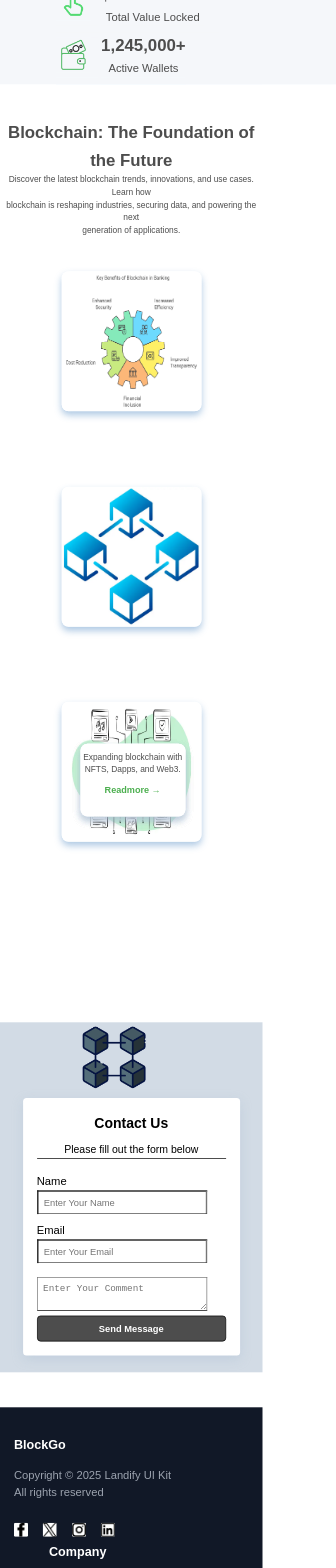
Repository: Tafsirul555/Assignment
Page: Assignment/index.html
The author's editor kept a copy of each file at every save. The page is drawn from the files as they stood at one save, then again after the next save.
The browser window is 375 px wide. The page is 480 px wide, so the pictures cover 480 px, including what lies to the right of the window. The pictures show the part of the page from y = 2578 to 4818 px (the page is 5350 px tall), at 70% of full size.

Above is the page before, as saved 2025-06-12 23:03:02.

### Assignment/index.html
<!DOCTYPE html>
<html lang="en">
<head>
    <meta charset="UTF-8">
    <meta name="viewport" content="width=device-width, initial-scale=1.0">
    <link rel="stylesheet" href="Assignment1.css">
    <title>Document</title>
</head>
<body>
    <nav class="navbar">

        <div class="logo">
            <h1>BlockGo</h1>
        </div>

        <div class="nav-link">

                    <a href="#">Home</a>
                    <a href="#">Blog</a>
                    <a href="#">Contact</a>
                    <a href="#">About</a>
        </div>
        <div class="Data">
            <a href="#" class="SignUp">Sign Up</a>
            <p>&nbsp;or&nbsp;</p>
            <a href="#" class="Login">Login</a>
        </div>
    </nav>

    <header class="Headerbar">

        <div class="Header-banner">
            <h1>Learn Center</h1>
            <p>Your hub for no-nonsense articles, videos, and how-to guides to help you get up to speed on all things crypto and blockchain</p>

            <a href="#" class="headerbutton">Learn More</a>
        </div>
         <div class="bannerpic">
            <img src="../Assignment/Pic/blockchain-20-8079799-6591924-removebg-preview.png" alt="Blockchain">
        </div>
    </header>

    <main class="mainbar">
        <div class="main-text">
        <h1>Our Clients</h1>
        <p>We have been working with some fortune 500+ clients</p>
        </div>

        <div class="main-pic">
            <img src="../Assignment/Pic/icon/block.png" alt="block.png">
            <img src="../Assignment/Pic/icon/blockchain.png" alt="blockchain.png">
            <img src="../Assignment/Pic/icon/crypto-wallet.png" alt="crypto-wallet.png">
            <img src="../Assignment/Pic/icon/currency-exchange (1).png" alt="currency-exchange (1).png">
            <img src="../Assignment/Pic/icon/currency-exchange.png" alt="currency-exchange.png">
            <img src="../Assignment/Pic/icon/secure.png" alt="secure.png">
        </div>
    </main>

    <section class="sectionbar">
        <div class="section-text">
        <h1>Explore the Power of <br>Blockchain in key Sectors</h1>

<p>Who can benefit from blockchain technology?</p>
</div>
    </section>

    <article class="articlebar">

        <div class="article-cc">
            <img src="../Assignment/Pic/icon/group (1).png" alt="group.png">
            <h1>Creator Communities</h1>
            <p>Support creators with NFT<br>marketplaces and direct engagement<br>with their audience.</p>
            </div>

       <div class="article-fi">
        <img src="../Assignment/Pic/icon/corporation.png" alt="corporation.png">
       <h1>Financial Institutions</h1>
       <p>Blockchain enables secure,<br>transparent, and decentralized<br>financial transactions</p>
        </div>

        <div class="article-scm">
            <img src="../Assignment/Pic/icon/procurement.png" alt="procurement.png">
            <h1>Supply Chain Management</h1>
            <p>Enhance traceability, transparency,<br>and operational efficiency across<br>global supply chains</p>
        </div>
    </article>

    <figure class="figurebar">

        <div class="figure-text">
            <h2>Helping Blockchain<br>Transform the World</h2>
            <p>We reached here with innovation and decentralization</p>
        </div>

        <div class="figure-box">

            <div class="figure-box1">

        <div class="figure-bn">
            <div class="figure-bn-img">
            <img src="../Assignment/Pic/icon/group.png" alt="">
            </div>
            <div class="figure-bn-text">
            <h2>120+</h2>
            <p>Blockchain Network</p>
            </div>
        </div>

        <div class="figure-sc">
            <div class="figure-sc-img">
            <img src="../Assignment/Pic/icon/mutual.png" alt="">
            </div>
            <div class="figure-sc-text">
            <h2>420,000+</h2>
            <p>Smart Contracts</p>
            </div>
        </div>
        </div>

        <div class="figure-box2">
        <div class="figure-tvl">
            <div class="figure-tvl-img">
            <img src="../Assignment/Pic/icon/tap.png" alt="">
            </div>
            <div class="figure-tvl-text">
            <h2>$150 Billion+</h2>
            <p>Total Value Locked</p>
            </div>
        </div>

        <div class="figure-aw">
            <div class="figure-aw-img">
            <img src="../Assignment/Pic/icon/wallet.png" alt="">
            </div>
            <div class="figure-aw-text">
            <h2>1,245,000+</h2>
            <p>Active Wallets</p>
            </div>
        </div>
        </div>
        </div>
    </figure>

    <aside class="BlockchainFuture">

        <div class="BlockchainFuture-text">
            <h2>Blockchain: The Foundation of the Future</h2>
            <p>Discover the latest blockchain trends, innovations, and use cases. Learn how <br>blockchain is reshaping industries, securing data, and powering the next <br>generation of applications.</p>
        </div>

    <div class="BlockchainFutureBox">

    <div class="BlockchainFuture-box1">
        <div class="img1">
            <img src="../Assignment/Pic/bank.png" alt="bank">
        </div>
        <div class="text1">
        <p>Transforming banking with<br>secure and decentralized<br>solutions.</p>
        <p class="readmore">Readmore →</p>
        </div>
    </div>

    <div class="BlockchainFuture-box2">
        <div class="img2">
            <img src="../Assignment/Pic/transparency.webp" alt="transparency">
        </div>
        <div class="text2">
        <p>Ensuring transparency and<br>traceability worldwide.</p>
        <p class="readmore">Readmore →</p>
        </div>
    </div>

    <div class="BlockchainFuture-box3">
        <div class="img3">
            <img src="../Assignment/Pic/Top-10-NFT-DApps-in-2023-01.webp" alt="NFT DApps">
        </div>
        <div class="text3">
        <p>Expanding blockchain with<br>NFTS, Dapps, and Web3.</p>
        <p class="readmore">Readmore →</p>
        </div>
    </div>

</div>

  </aside>

  <div class="Contact">

    <div class="Contact-Img">
        <img src="../Assignment/Pic/blockchain.png" alt="Blockchain">
    </div>

    <div class="Contact-Form">
        <form action="">
            <caption><h1>Contact Us</h1> <p>Please fill out the form below</p></caption>
        <form action="">

            <label for="name">Name</label>
            <input type="text" name="Name" id="name" placeholder="Enter Your Name" required> <br>

            <label for="email">Email</label>
            <input type="email" name="Email" id="email" placeholder="Enter Your Email" required> <br>

            <textarea name="Comment" id="comment" placeholder="Enter Your Comment"  required></textarea>

            <button type="submit">Send Message</button>
        </form>
    </div>
  </div>

  <footer class="footer">
  <div class="footer-container">
    <div class="footer-column1">
      <h4>BlockGo</h4>
      <p>Copyright &copy; 2025 Landify UI Kit <br> All rights reserved</p>
      <div class="footer-socials">
        <a href="#"><img src="../Assignment/Pic/icon/facebook.png " alt="Facebook"></a>
        <a href="#"><img src="../Assignment/Pic/icon/twitter.png" alt="Twitter"></a>
        <a href="#"><img src="../Assignment/Pic/icon/instagram.png" alt="Instagram"></a>
        <a href="#"><img src="../Assignment/Pic/icon/linkedin.png" alt="linkedin"></a>
      </div>
    </div>

    <div class="footer-column">
      <h4>Company</h4>
      <ul>
        <li><a href="#">About us</a></li>
        <li><a href="#">Blog</a></li>
        <li><a href="#">Contact us</a></li>
        <li><a href="#">Pricing</a></li>
        <li><a href="#">Testimonials</a></li>
      </ul>
    </div>

    <div class="footer-column">
      <h4>Support</h4>
      <ul>
        <li><a href="#">Help center</a></li>
        <li><a href="#">Terms of service</a></li>
        <li><a href="#">Legal</a></li>
        <li><a href="#">Privacy policy</a></li>
        <li><a href="#">Status</a></li>
      </ul>
    </div>

    <div class="footer-column">
      <h4>Stay up to date</h4>
      <form class="newsletter-form">
        <input type="email" placeholder="Your email address">
        <button type="submit">
            <img src="../Assignment/Pic/icon/direct.png" alt="Send Icon">
        </button>
      </form>
    </div>
  </div>
</footer>

</body>
</html>

### Assignment/Assignment1.css
*{
    margin: 0;
    padding: 0;
    box-sizing: border-box;
    text-decoration: none;
}

body{
    font-family: Arial, sans-serif;
    line-height: 1.6;
    height: 100%;
    background: rgba(255, 255, 255, 1);
}

.navbar{
    width: 100%;
    height: 9vh;
    color: #f5f5ff 0%;
    box-shadow: 0px 2.78px 5.57px 0px rgba(171, 190, 209, 0.4);
    position: fixed;
    display: flex;
    justify-content: center;
    align-items: center;
}

.navbar div,
.navbar a,
.navbar h1,
.navbar p{
    display: inline-block;
}

.navbar .nav-link a{
    color: rgba(77, 77, 77, 1);
}


.navbar div,
.navbar a,
.navbar p{
    font-size: 2vh;
}

.navbar .logo,
.navbar .nav-link{
    margin-right: 290px;
}

.navbar .logo,
.navbar .nav-link,
.navbar .data,
.navbar p{
    padding: 10px;
    text-align: center;
}

.navbar .nav-link a{
    padding-right: 3vw;
}

.SignUp,
.Login{
    background-color: rgba(203, 213, 225, 1);
    width: 9vw;
    height: 7vh;
    padding: 10px;
    border-radius: 5px;
    text-align: center;
    font-weight: bold;
    color: black;
}

.Headerbar{
    width: 100%;
    height: 400px;
    background-color: rgba(245, 247, 250, 1);
    display: flex;
    justify-content: center;
    align-items: center;
    padding: 20px;
    gap: 27vw;
    flex-wrap: wrap;
}

.Header-banner{
    display: flex;
    flex-direction: column;
    align-content: center;
    max-width: 400px;
}

.bannerpic{
    width: 150px;
    height: auto;
    object-fit: contain;
    margin-top: 70px;
    margin-right: 20px;
}

.Headerbar p,
.Headerbar h1,
.Headerbar a,
.Headerbar img,
.Header-banner,
.bannerpic{
    background-color: rgba(245, 247, 250, 1);
}

.Headerbar h1{
    margin-top: 80px;
}

.Headerbar p,
.Headerbar h1,
.Headerbar a{
    padding-bottom: 20px;
}

.Header-banner h1{
    font-weight:bold;
    font-size: 44.55px;
    line-height: 52.9px;
    letter-spacing: 0%;
    color: rgba(77, 77, 77, 1);
}

.Header-banner p{
    max-width: 100%;
    word-wrap: break-word;
    color: rgba(77, 77, 77, 1);
    text-align: left;
}

.Header-banner .headerbutton{
    background-color: rgba(203, 213, 225, 1);
    width: 103px;
    height: 50px;
    padding: 10px;
    border-radius: 5px;
}

.Header-banner a{
    color: rgba(2, 6, 23, 1);
    font-family:'Times New Roman', Times, serif;
}

@media (max-width: 550px) {
  .Headerbar {
    flex-direction: column;
    justify-content: flex-start;
    align-items: center;
    height: auto;
  }

  .Header-banner{
    align-items: center;
    text-align: center;
    order: 1;
  }

  .bannerpic {
    width: 200px;
    margin-bottom: 20px;

  }
}

.mainbar{
    width: 100%;
    height: 500px;
    display: flex;
    text-align: center;
    flex-direction: column;
}

.mainbar img{
    display: inline-block;
    width: 27.8427791595459px;
    height: auto;
    margin-left: 120px;

}

.mainbar h1{
    margin-top: 120px;
    color: rgba(77, 77, 77, 1);
}

.mainbar p{
    color: rgba(77, 77, 77, 1);
}

.mainbar p,
.mainbar img{
    margin-top: 30px;
}

@media (max-width: 550px) {
  .mainbar {
    flex-direction: column;
    justify-content: flex-start;
    align-items: center;
    height: auto;
  }

  .main-pic {
    display: inline-block;
    width: 400px;

  }
}

section{
    margin-top: -72px;
}

section h1,
section p{
    text-align: center;
    max-width: 100%;
    word-wrap: break-word;
    color: rgba(77, 77, 77, 1);
}

section p{
    font-size: smaller;
}

@media (max-width: 550px) {
  .sectionbar {
    text-align: center;
    height: auto;
    margin-top: 50px;
  }
}


.articlebar{
    width: 100%;
    height: 200px;
    display: flex;
    justify-content: space-between;
    align-items: center;
    text-align: center;
    flex-wrap: wrap;
    display: inline-block;
    margin-top: 100px;
    color: rgba(77, 77, 77, 1);
}

article img{
    width: 50px;
    height: auto;
}

.articlebar p{
    font-size: small;
}

.articlebar .article-cc,
.articlebar .article-fi,
.articlebar .article-scm{
    display: inline-block;
}

.articlebar .article-fi{
    margin-left: 75px;
    margin-right: 75px;
}

.figurebar{
    width: 100%;
    height: 250px;
    color: rgba(77, 77, 77, 1);
    background-color: rgba(245, 247, 250, 1);
    display: flex;
    justify-content: center;
    align-items: center;
    flex-wrap: wrap;
}

.figurebar .figure-text,
.figurebar .figure-bn,
.figurebar .figure-sc,
.figurebar .figure-tvl,
.figurebar .figure-aw,
.figurebar .figure-box,
.figurebar div,
.figurebar h2,
.figurebar p,
.figurebar img{
    background-color: rgba(245, 247, 250, 1);
}

.figurebar .figure-box img {
    width: 50px;
}

.figure-bn .figure-bn-img,
.figure-bn .figure-bn-text{
    display: inline-block;
}

.figure-sc .figure-sc-img,
.figure-sc .figure-sc-text{
    display: inline-block;
}
.figure-tvl .figure-tvl-img,
.figure-tvl .figure-tvl-text{
    display: inline-block;
}

.figure-aw .figure-aw-img,
.figure-aw .figure-aw-text{
    display: inline-block;
}

.figure-box1 .figure-bn,
.figure-box1 .figure-sc{
    display: inline-block;
}
.figure-box2 .figure-tvl,
.figure-box2 .figure-aw{
    display: inline-block;
}

.figurebar .figure-text{
    margin-right: 150px;
}

.figurebar .figure-bn,
.figure-box .figure-tvl{
    padding-right: 6vw;
}

.figurebar .figure-box1{
    margin-bottom: 2vw;
}

.figurebar img{
    margin-right: 10px;
}

@media (max-width: 550px) {
  .figurebar {
    flex-direction: column;
    display: flex;
    align-items: center;
    justify-content: center;
    align-items: center;
    height: auto;
  }

  .figure-text,
  .figure-box{
    margin-left: 80px;
    margin-top: 50px;
  }

  .figure-text {
    text-align: center;
  }

  .figure-box {
    display: flex;
    justify-content: center;
    display: inline-block;
    width: 400px;

  }

  .figurebar .figure-text,
.figurebar .figure-bn,
.figurebar .figure-sc,
.figurebar .figure-tvl,
.figurebar .figure-aw,
.figurebar .figure-box,
.figurebar div,
.figurebar h2,
.figurebar p,
.figurebar img{
    background-color: rgba(245, 247, 250, 1);
}
}

.BlockchainFuture {
    width: 100%;
    height: auto;
    color: rgba(77, 77, 77, 1);
    padding: 50px 0;
    position: relative;
}

.BlockchainFuture-text {
    margin-bottom: 50px;
    text-align: center;
}

.BlockchainFuture .BlockchainFuture-text p{
    font-size: 12px;
    line-height: 1.5;
}

.BlockchainFutureBox {
    display: flex;
    justify-content: center;
    flex-wrap: wrap;
}

.BlockchainFuture-box1,
.BlockchainFuture-box2,
.BlockchainFuture-box3 {
    width: 300px;
    text-align: center;
    max-width: 400px;

}

.BlockchainFutureBox img {
    width: 200px;
    height: 200px;
    box-shadow: 0px 5.57px 11.14px 0px rgba(51, 118, 186, 0.4);
    border-radius: 10px;
}

.BlockchainFutureBox p {
    font-size: 14px;
    margin: 10px 0;
}

.BlockchainFuture-box1 .text1,
.BlockchainFuture-box2 .text2,
.BlockchainFuture-box3 .text3{
    width: 150px;
    box-shadow: 0px 5.57px 11.14px 0px rgba(171, 190, 209, 0.4);
    border-radius: 10px;
    margin-left: 77px;
    position: absolute;
    background-color: white;
    top: 76%;
    max-width: 200px;
}

.BlockchainFuture-box1 .text1 p,
.BlockchainFuture-box2 .text2 p,
.BlockchainFuture-box3 .text3 p{
    font-size: 12px;
    line-height: 1.5;
    display: block;
}

.BlockchainFuture-box1 .text1 .readmore,
.BlockchainFuture-box2 .text2 .readmore,
.BlockchainFuture-box3 .text3 .readmore{
    font-weight: bold;
    font-size: 13px;
    color: rgba(76, 175, 79, 1);

}

.BlockchainFuture-box2 .text2 ,
.BlockchainFuture-box3 .text3{
    height: 103.5px;
}

.BlockchainFuture-box1 .img1,
.BlockchainFuture-box2 .img2,
.BlockchainFuture-box3 .img3{
    pointer-events: none;
    display: block;
}

.BlockchainFutureBox .BlockchainFuture-box1 :hover{
    background-color: rgba(204, 193, 193, 0.98);
}

.BlockchainFutureBox .BlockchainFuture-box2 :hover{
    background-color: rgba(204, 193, 193, 0.98);
}

.BlockchainFutureBox .BlockchainFuture-box3 :hover{
    background-color: rgba(204, 193, 193, 0.98);
}

@media (max-width: 480px) {

    .BlockchainFuture-box{
         flex-direction: column;
        justify-content: flex-start;
        align-items: center;
         height: auto;
    }

    .BlockchainFuture-box2{
        align-items: center;
        text-align: center;
        order: 1;
    }

    .BlockchainFuture-box3{
        align-items: center;
        text-align: center;
        order: 2;
    }

    .BlockchainFuture-box2 .text2{
        align-items: center;
        text-align: center;
        order: 1;
    }

    .BlockchainFuture-box3 .text3 {
        align-items: center;
        text-align: center;
        order: 2;
    }

    .BlockchainFuture-box1,
.BlockchainFuture-box2,
.BlockchainFuture-box3{
    margin-bottom: 100px;
}

}

.Contact{
    width: 100%;
    height: 450px;
    display: flex;
    justify-content: space-between;
    align-items: center;
    background-color: rgba(203, 213, 225, 0.85);
    margin-top: 100px;
}

.Contact img{
    width: 250px;
    height: auto;
    margin-left: 200px;
}

.Contact-Form{
    background-color: white;
    box-shadow: 0 5px 15px rgba(171, 190, 209, 0.4);
    color: black;
    width: 310px;
    height: 90%;
    padding: 20px;
    border-radius: 5px;
    position: relative;
    margin-right: 200px;
}

.Contact h1,p{
    text-align: center;
    margin-bottom: 10px;
}

.Contact input,
.Contact textarea{
    margin-bottom: 6px;
    padding: 3px;
    border-bottom: 1px solid black;
}

.Contact p{
    border-bottom: 1px solid black;
    margin-bottom: 20px;
}

.Contact button{
    padding: 10px;
    /* background-color: rgba(205, 25, 25, 0.765); */
    margin-top: 8px;
    border-radius: 5px;
    border: 1px solid black;
    width: 100%;
    text-align: center;
    display: block;
    margin: 20px auto 0;
    background-color: rgba(77, 77, 77, 1);
    color: white;
    font-weight: bold;
    cursor: pointer;
}

.Contact button:hover{
    /* background-color: rgb(104, 4, 4); */
    color: black;
    border: none;
    background-color: rgba(164, 153, 153, 0.929);
}

.Contact input[type="text"],
.Contact input[type="email"],
.Contact textarea[name="Comment"]{
    width: 100%;
    padding: 8px;
    margin-bottom: 10px;
}

.Contact textarea[name="Comment"]{
    margin-top: 10px;
}

@media (max-width: 450px) {

    .Contact {
        flex-direction: column;
        width: 100%;
        height: 500px;
    }

    .Contact-Img{
    width: 150px;
    height: auto;
}

 .Contact-Img img{
    width: 100px;
    height: auto;
    margin-left: 0px;
}

.Contact-Form{
    background-color: white;
    box-shadow: 0 5px 15px rgba(171, 190, 209, 0.4);
    color: black;
    width: 310px;
    height: 80%;
    padding: 20px;
    border-radius: 5px;
    position: relative;
    margin-left: 200px;
    margin-bottom: 10000px;
}

.Contact h1{
    text-align: center;
    margin-bottom: 10px;
    font-size: 20px;
}

.Contact p{
    text-align: center;
    font-size: 15px;
    border-bottom: 1px solid black;
}


.Contact input,
.Contact textarea{
    margin-bottom: 6px;
    padding: 3px;
    border-bottom: 1px solid black;
}

.Contact button{
    padding: 10px;
    /* background-color: rgba(205, 25, 25, 0.765); */
    border-radius: 5px;
    border: 1px solid black;
    width: 100%;
    text-align: center;
    display: block;
    background-color: rgba(77, 77, 77, 1);
    color: white;
    font-weight: bold;
    cursor: pointer;
    margin-top: -10px;
}

.Contact button:hover{
    /* background-color: rgb(104, 4, 4); */
    color: black;
    border: none;
    background-color: rgba(164, 153, 153, 0.929);
}

.Contact input[type="text"],
.Contact input[type="email"],
.Contact textarea[name="Comment"]{
    width: 90%;
    padding: 8px;
    margin-bottom: 10px;
}

.Contact textarea[name="Comment"]{
    margin-top: 10px;
}
    }


.footer {
    background-color: #111827;
    color: white;
    padding: 40px 20px;
}

.footer-container {
    max-width: 1200px;
    margin: auto;
    display: flex;
    flex-wrap: wrap;
    justify-content: space-between;
}

.footer-column {
    margin-left: 50px;
}

.footer-column1 h4 {
    font-size: 18px;
    margin-bottom: 15px;
    color: #ffffff;
}
.footer-column1 img {
    background-color: white;
    border-radius: 2px;
    margin-top: 20px;
}
.footer-column1 p {
    text-align: left;
}

.footer-column h4,
.footer-column h3 {
    font-size: 18px;
    margin-bottom: 15px;
    color: #ffffff;
}

.footer-column ul {
    list-style: none;
    padding: 0;
}

.footer-column ul li {
    margin-bottom: 10px;
}

.footer-column ul li a {
    color: #9ca3af;
    transition: color 0.3s;
}
.footer-column1 {
    color: #9ca3af;
    transition: color 0.3s;
}

.footer-column ul li a:hover {
    color: white;
}

.footer-socials a img {
    width: 20px;
    margin-right: 17px;

}



.newsletter-form {
    display: flex;
}

.newsletter-form input[type="email"] {
    padding: 10px;
    border: none;
    border-radius: 4px;
}

.newsletter-form button {
    padding: 10px 15px;
    background-color: #2563eb;
    color: white;
    border: none;
    border-radius: 4px;
    font-weight: bold;
}

.newsletter-form button img{
    width: 18px;
}

.newsletter-form button:hover {
    background-color: #1d4ed8;
}

@media (max-width: 768px) {

    .footer{
        margin-top: 50px;
    }
    .footer-container {
        flex-direction: column;
        align-items: flex-start;
    }
}

After the next save:
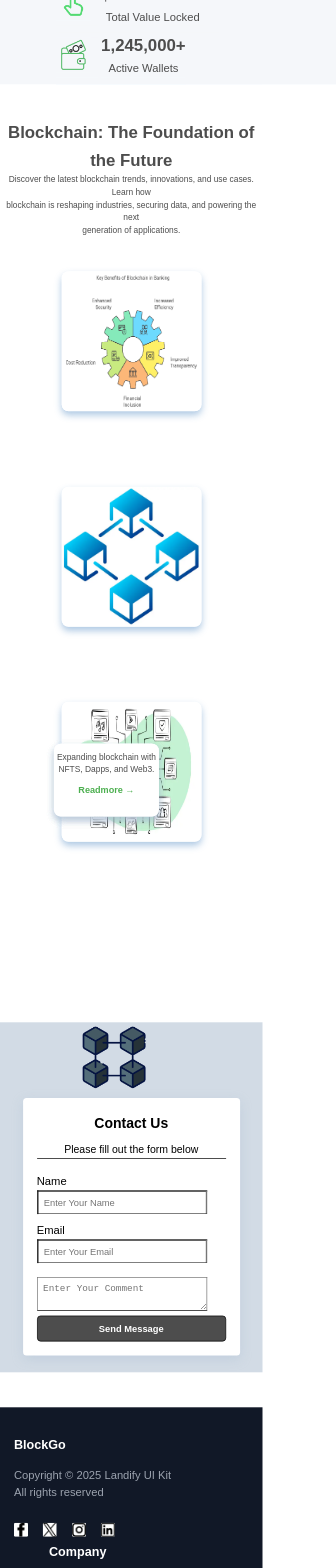
Saved 7 min 10 s later.
--- a/Assignment/Assignment1.css
+++ b/Assignment/Assignment1.css
@@ -484,44 +484,37 @@ article img{
 
 @media (max-width: 480px) {
 
-    .BlockchainFuture-box{
-         flex-direction: column;
+    .BlockchainFuture-box {
+        flex-direction: column;
         justify-content: flex-start;
         align-items: center;
-         height: auto;
-    }
-
-    .BlockchainFuture-box2{
+        height: auto;
+    }
+
+    .BlockchainFuture-box1,
+    .BlockchainFuture-box2,
+    .BlockchainFuture-box3 {
+        width: 100%;
+        margin-bottom: 100px;
+        text-align: center;
         align-items: center;
+    }
+
+    .BlockchainFuture-box2 {
+        order: 1;
+    }
+
+    .BlockchainFuture-box3 {
+        order: 2;
+    }
+
+    /* Remove flex properties from inner non-flex items if unnecessary */
+    .BlockchainFuture-box2 .text2,
+    .BlockchainFuture-box3 .text3 {
         text-align: center;
-        order: 1;
-    }
-
-    .BlockchainFuture-box3{
-        align-items: center;
-        text-align: center;
-        order: 2;
-    }
-
-    .BlockchainFuture-box2 .text2{
-        align-items: center;
-        text-align: center;
-        order: 1;
-    }
-
-    .BlockchainFuture-box3 .text3 {
-        align-items: center;
-        text-align: center;
-        order: 2;
-    }
-
-    .BlockchainFuture-box1,
-.BlockchainFuture-box2,
-.BlockchainFuture-box3{
-    margin-bottom: 100px;
-}
-
-}
+    }
+}
+
 
 .Contact{
     width: 100%;
